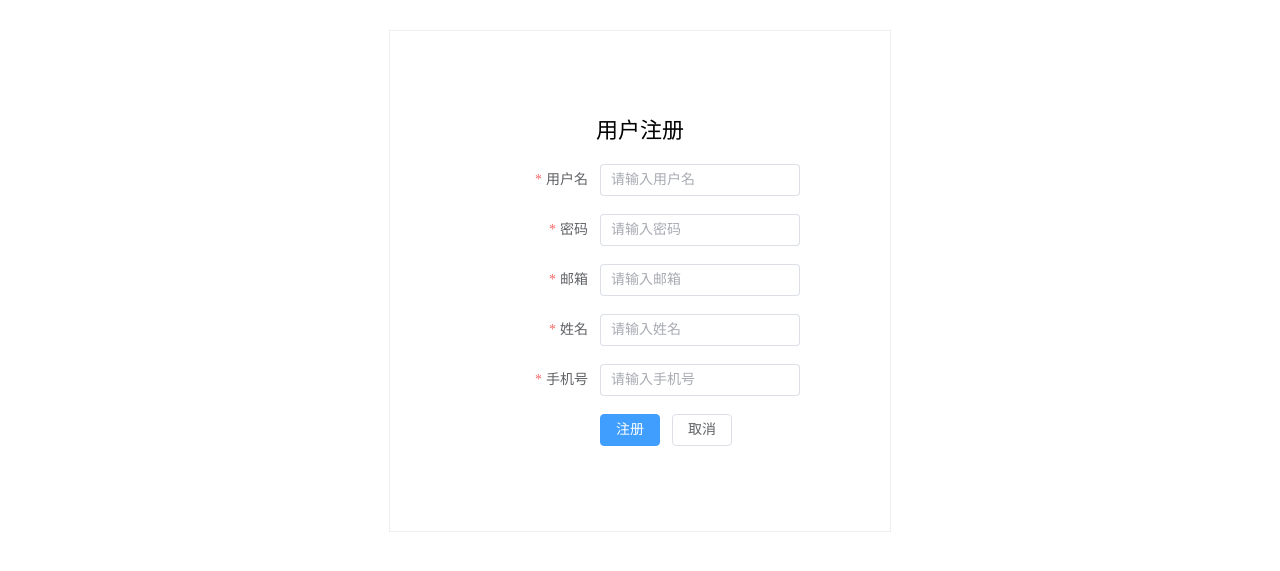
Repository: Mickey1216/yzkj_login_demo
Page: /register
An editor plug-in stored every save of this project. The page is shown before and after the next save, followed by the edit.
The browser window is 1280 px wide. The pictures show the whole page.
The project was rebuilt for these pictures with package versions that can differ from the ones it lists, and the page was loaded fresh each time. Also part of the build but not shown: vite.config.js, src/views/Login.vue.

Above is the page before, as saved 2023-07-05 11:56:11.

### src/main.js
import './assets/main.css'
import { createApp } from 'vue'
import App from './App.vue'
import router from './router'
import ElementPlus from 'element-plus'
import 'element-plus/dist/index.css'

const app = createApp(App)
app.use(router)
app.use(ElementPlus)
app.mount('#app')

### src/assets/main.css
@import './normalize.css';

#app{
  /* background: image(); */
  /* background-color: orange;  */
}

### src/App.vue
<template>
  <routerView/>
</template>

<script setup>
</script>

<style scoped>
</style>

### src/router/index.js
import { createRouter, createWebHistory } from 'vue-router'
import Login from '../views/Login.vue'

const router = createRouter({
  history: createWebHistory(import.meta.env.BASE_URL),
  routes: [
    {
      path: '/',
      redirect: '/login',
    },
    {
      path: '/register',
      name: 'register',
      component: () => import('../views/Register.vue')
    },
    {
      path: '/login',
      name: 'login',
      component: Login
    },
    {
      path: '/list',
      name: 'list',
      component: () => import('../views/List.vue')
    },
    {
      path: '/:pathMatch(.*)',
      meta: { title: "出错了！当前界面不存在" },
      component: () => import('../views/Error.vue')
    }
  ]
})

export default router

### src/views/Register.vue
<template>
  <div class="register">
    <div class="title">用户注册</div>
    <el-form
      :model="form"
      label-width="120px"
      ref="ruleFormRef"
      :rules="rules"
    >
      <el-form-item label="用户名" prop="userName">
        <el-input placeholder="请输入用户名" v-model="form.userName" />
      </el-form-item>
      <el-form-item label="密码" prop="password">
        <el-input placeholder="请输入密码" v-model="form.password" type="password"/>
      </el-form-item>
      <el-form-item label="邮箱" prop="email">
        <el-input placeholder="请输入邮箱" v-model="form.email" />
      </el-form-item>
      <el-form-item label="姓名" prop="realName">
        <el-input placeholder="请输入姓名" v-model="form.realName" />
      </el-form-item>
      <el-form-item label="手机号" prop="phone">
        <el-input placeholder="请输入手机号" v-model="form.phone" />
      </el-form-item>
      <el-form-item>
        <el-button type="primary" @click="onSubmit">注册</el-button>
        <el-button @click="onCancel">取消</el-button>
      </el-form-item>
    </el-form>
  </div>
</template>

<script setup>
import { reactive } from "vue";
import axios from 'axios';
import { useRouter } from 'vue-router';

const router = useRouter()

const form = reactive({
  userName: "",
  password: "",
  email: "",
  realName: "",
  phone: ""
});

const rules = reactive({
  userName: [
    {
      required: true,
      message: "Please input Activity userName",
      trigger: "blur",
    },
    { min: 1, max: 10, message: "Length should be 1 to 10", trigger: "blur" },
  ],
  password: [
    {
      required: true,
      message: "Please input Activity password",
      trigger: "blur"
    },
    { min: 6, max: 8, message: "Length should be 6 to 8", trigger: "blur" }
  ],
  email: [
    {
      required: true,
      message: "Please input Activity email",
      trigger: "blur"
    }
  ],
  realName: [
    {
      required: true,
      message: "Please input Activity realName",
      trigger: "blur"
    },
    { min: 2, max: 4, message: "Length should be 1 to 4", trigger: "blur" }
  ],
  phone: [
    {
      required: true,
      message: "Please input Activity phone",
      trigger: "blur"
    },
  ]
});

// 注册
const onSubmit = () => {
  axios.post('http://192.168.0.215:8080/web/api/v1/user/register', {
    userName: form.userName,
    password: form.password,
    email: form.email,
    realName: form.realName,
    phone: form.phone
  }).then(res => {
    console.log(res)
    if(res.status === 200) {
      router.push('/login')
    }
  })
};

// 取消
const onCancel = () => {
  form.userName = ''
  form.password = ''
  form.email = ''
  form.realName = ''
  form.phone = ''
};

</script>

<style scoped>
.register {
  margin: 30px auto;
  display: flex;
  flex-direction: column;
  justify-content: center;
  align-items: center;
  width: 500px;
  height: 500px;
  border: 1px solid #eee;
}
.title {
  margin: 20px 0;
  display: flex;
  align-items: center;
  justify-content: center;
  font-size: 22px;
}
.is_existing_account {
  font-size: 14px;
  color: gray;
  margin: 10px 5px;
  display: flex;
  justify-content: right;
}
</style>

Loaded but not shown: index.html (common file); src/assets/normalize.css (library)

After the next save:
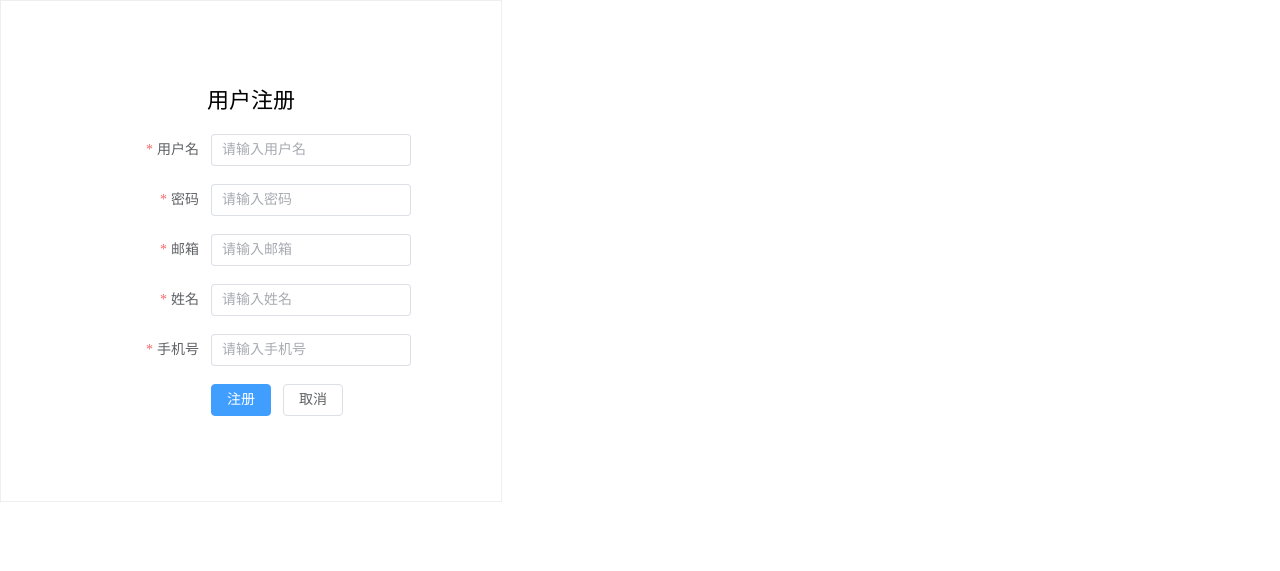
Saved 12 s later.
--- a/src/views/Register.vue
+++ b/src/views/Register.vue
@@ -115,7 +115,7 @@ const onCancel = () => {
 
 <style scoped>
 .register {
-  margin: 30px auto;
+
   display: flex;
   flex-direction: column;
   justify-content: center;
